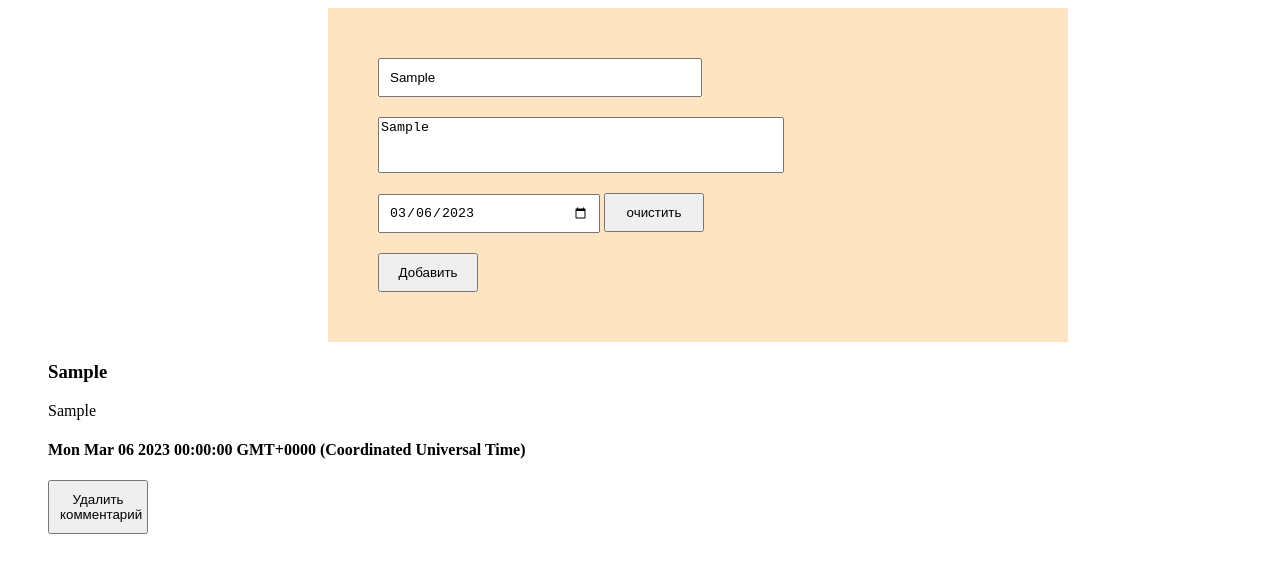
Repository: Grid-Master/commentList
Page: index.html
An editor plug-in stored every save of this project. The page is shown before and after the next save, followed by the edit.
The browser window is 1280 px wide. The pictures show the whole page.
Empty fields were first filled with sample values (such as "Sample", 5 or name@example.com).
After loading, the first visible `form` was submitted once.

Above is the page before, as saved 2023-03-07 19:35:26.

### index.html
<!DOCTYPE html>
<html lang="en">
  <head>
    <meta charset="UTF-8" />
    <meta http-equiv="X-UA-Compatible" content="IE=edge" />
    <meta name="viewport" content="width=device-width, initial-scale=1.0" />
    <title>Comments</title>
    <style>
      form {
        width: 50vw;
        margin-left: 25vw;
        background-color: bisque;
        display: flex;
        flex-direction: column;
        padding: 50px;
      }

      input[type='text'] {
        width: 300px;
        padding: 10px;
        margin-bottom: 20px;
      }
      textarea {
        width: 400px;
        height: 50px;
        resize: none;
        margin-bottom: 20px;
      }

      input[type='date'] {
        width: 200px;
        padding: 9px;
        margin-bottom: 20px;
      }

      button {
        width: 100px;
        padding: 10px;
      }
    </style>
  </head>
  <body>
    <form onsubmit="addComment(); return false">
      <input id="name" type="text" placeholder="Введите имя" required />
      <textarea id="comment" placeholder="Ваш комментарий..." required></textarea>
      <div>
        <input type="date" id="date" />
        <button type="button" onclick="clearDate()">очистить</button>
      </div>
      <button type="submit">Добавить</button>
    </form>
    <ul id="commentList"></ul>
    <script src="./script.js"></script>
  </body>
</html>

### script.js
document.getElementById('date').valueAsDate = new Date();
let xx = new Date();
console.log(xx.toLocaleDateString());

function clearDate() {
  document.getElementById('date').valueAsDate = null;
}

let commentsData = [];

function addComment() {
  let name = document.getElementById('name').value;
  let comment = document.getElementById('comment').value;
  let date = document.getElementById('date').valueAsDate;
  let list = document.getElementById('commentList');
  console.log(date);

  let nameEl = document.createElement('h3');
  let commentEl = document.createElement('p');
  let dateEl = document.createElement('h4');
  let deleteEl = document.createElement('button');
  let container = document.createElement('div');

  nameEl.innerHTML = name;
  commentEl.innerHTML = comment;
  dateEl.innerHTML = date;
  deleteEl.textContent = 'Удалить комментарий';

  if (date.toLocaleDateString() == new Date().toLocaleDateString()) {
    container.append(nameEl, commentEl, dateEl, deleteEl);
  }
  list.append(container);
  //   list.append(listElem);

  //   commentsData.push({
  //     name,
  //     comment,
  //     date,
  //   });
  //  console.log(commentsData);
}

After the next save:
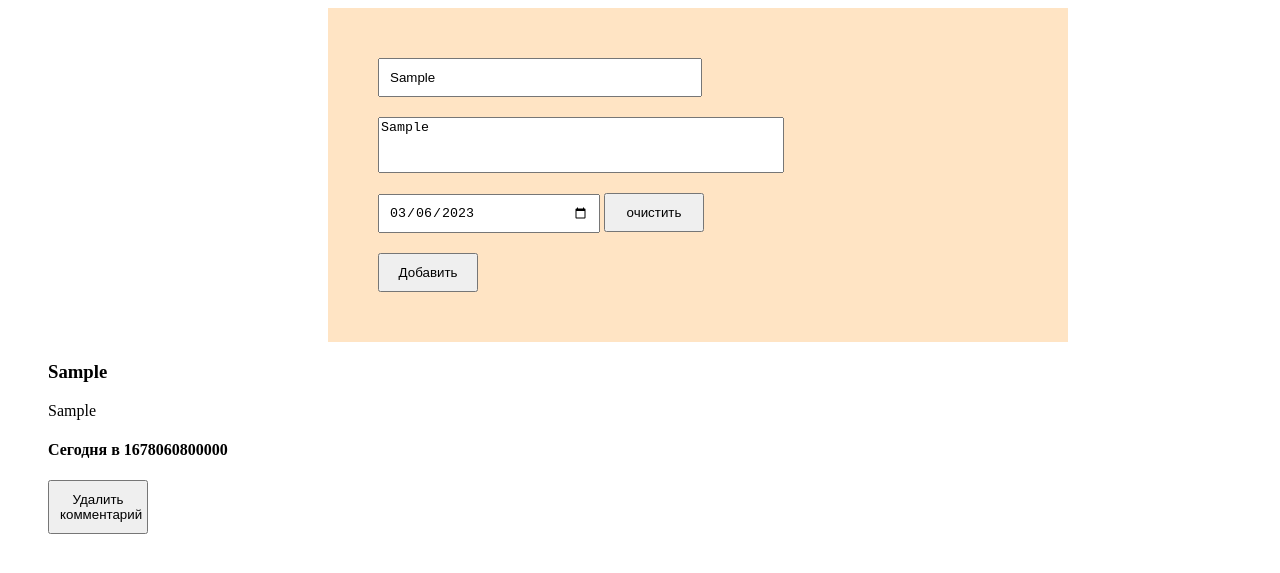
Saved 82 s later.
--- a/script.js
+++ b/script.js
@@ -23,10 +23,10 @@ function addComment() {
 
   nameEl.innerHTML = name;
   commentEl.innerHTML = comment;
-  dateEl.innerHTML = date;
   deleteEl.textContent = 'Удалить комментарий';
 
   if (date.toLocaleDateString() == new Date().toLocaleDateString()) {
+    dateEl.innerHTML = `Сегодня в ${date.getTime()}`;
     container.append(nameEl, commentEl, dateEl, deleteEl);
   }
   list.append(container);
